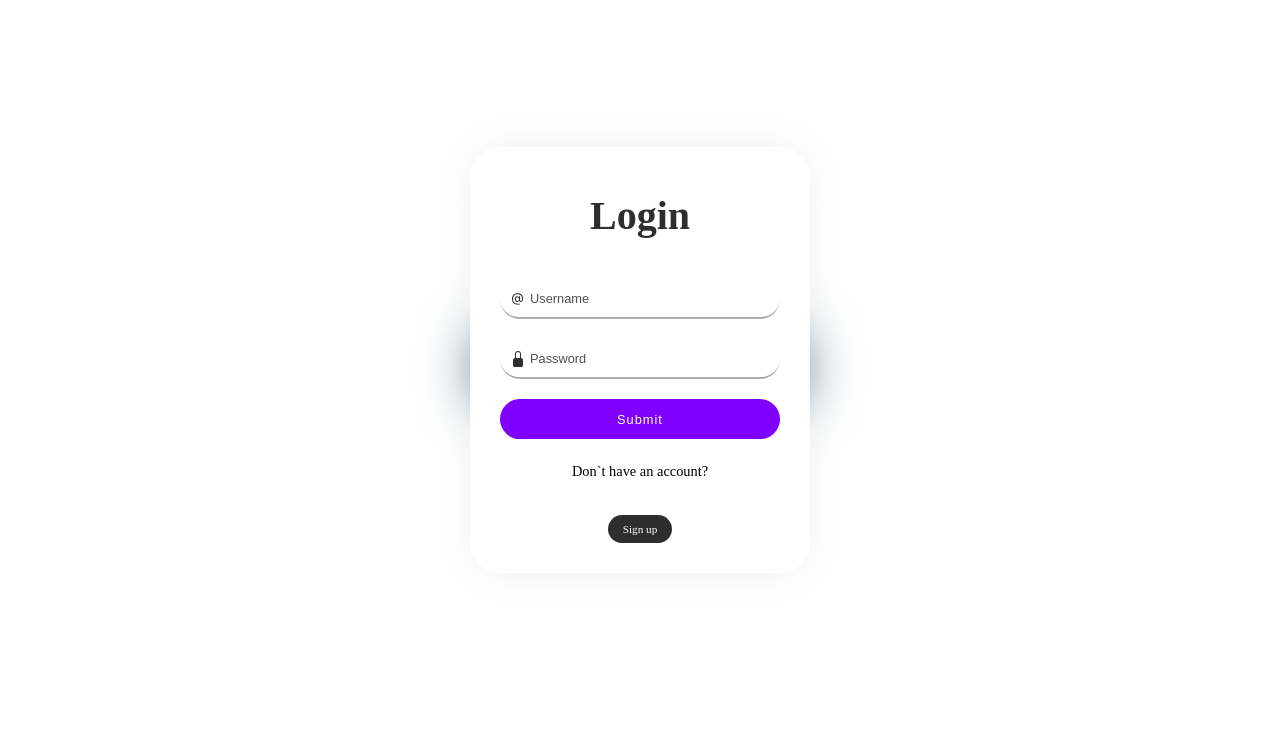
Repository: sharmisthak16/Student-Assignment
Page: / (app in my-project/)
An editor plug-in stored every save of this project. The page is shown before and after the next save, followed by the edit.
The browser window is 1280 px wide. The pictures show the whole page.
The project was rebuilt for these pictures with package versions that can differ from the ones it lists, and the page was loaded fresh each time. Also part of the build but not shown: my-project/vite.config.js, my-project/src/components/Dashboard.jsx.

Above is the page before, as saved 2025-01-30 19:31:17.

After the next save:
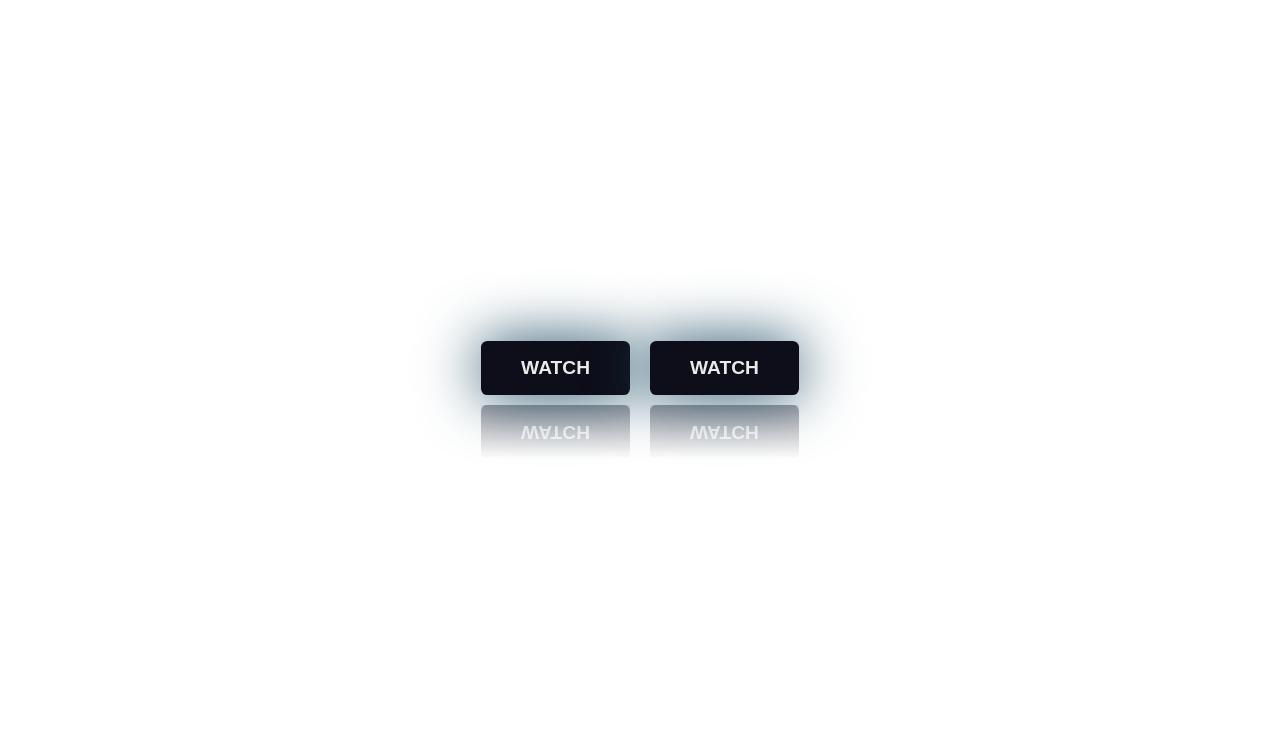
Saved 38 s later.
--- a/my-project/src/Pages/Home.jsx
+++ b/my-project/src/Pages/Home.jsx
@@ -7,7 +7,7 @@ function Home() {
   return (
     <div>
       <HomeButtons/>
-      <LoginForm/>
+
     </div>
   )
 }
